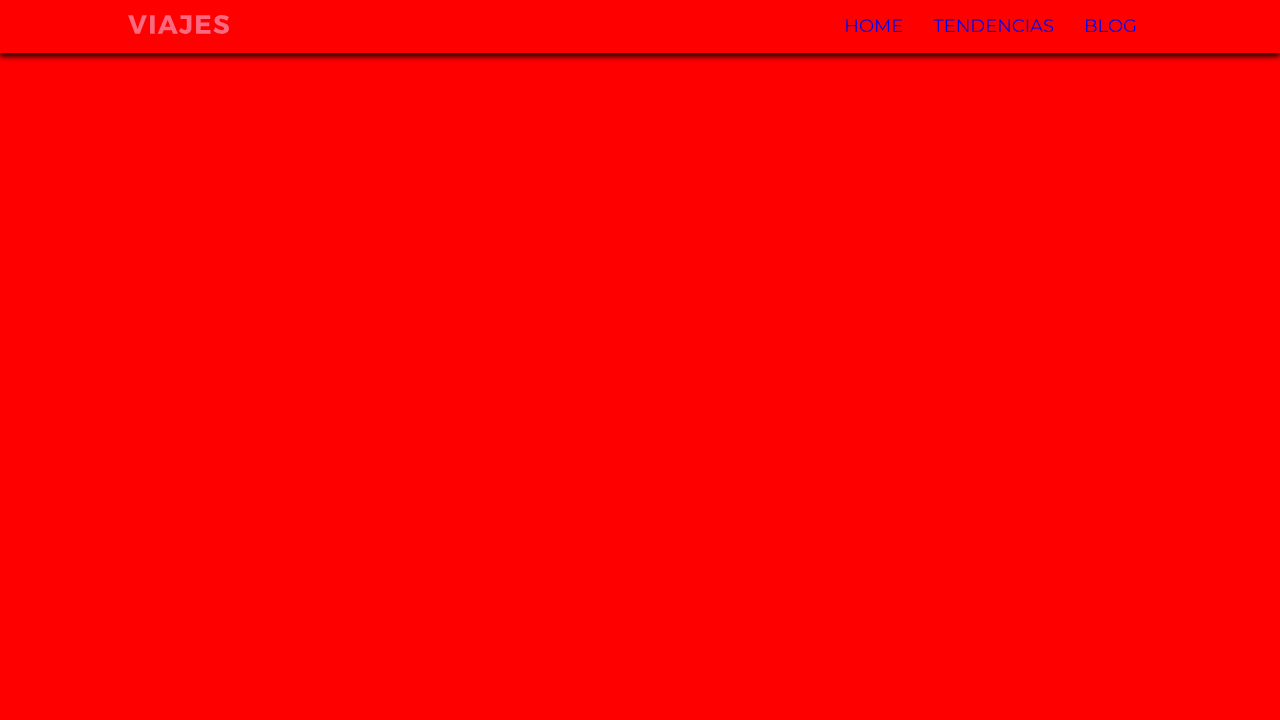
Repository: agustin-mesa/viajes
Page: /
An editor plug-in stored every save of this project. The page is shown before and after the next save, followed by the edit.
The browser window is 1280 px wide. The pictures show the whole page.
The project was rebuilt for these pictures with package versions that can differ from the ones it lists, and the page was loaded fresh each time. Also part of the build but not shown: src/components/styles/colors.module.scss.

Above is the page before, as saved 2021-11-11 18:36:29.

After the next save:
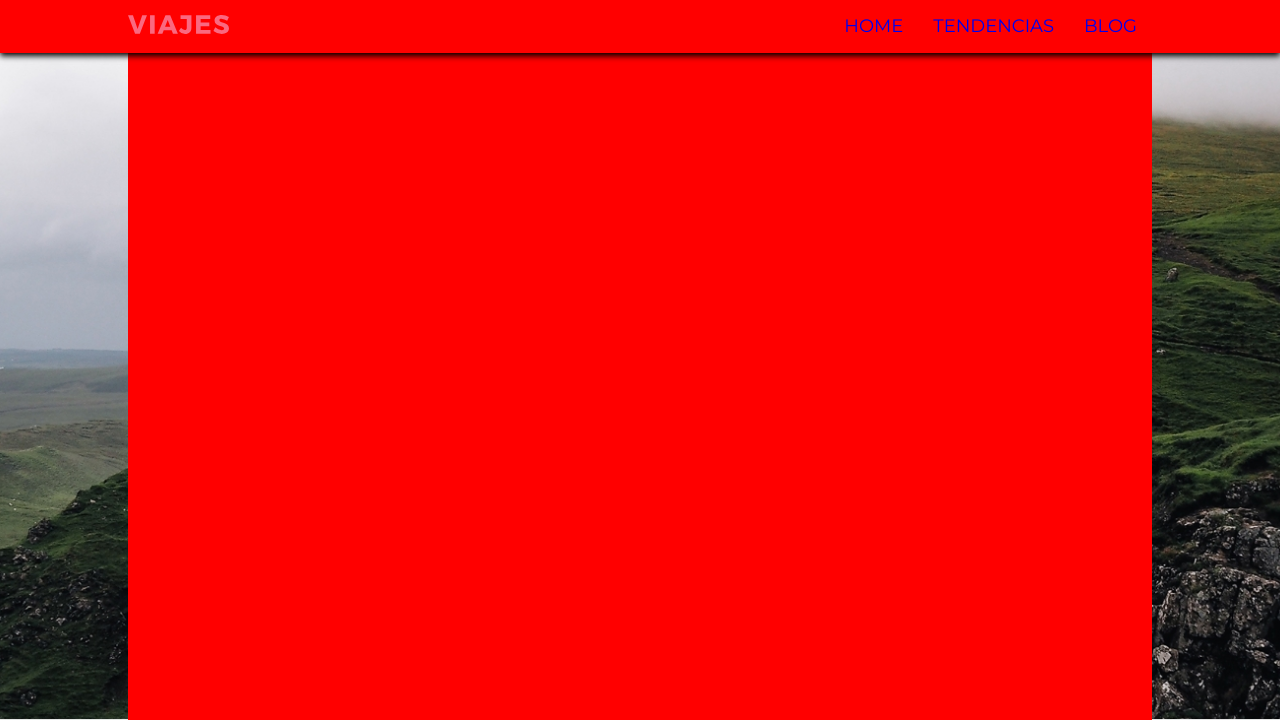
Saved 12 s later.
--- a/src/pages/Home.js
+++ b/src/pages/Home.js
@@ -27,8 +27,8 @@ const HeroWrapper = styled.div`
   position: absolute;
   top: 0;
   bottom: 0;
-  left: 0;
-  right: 0;
+  left: 10%;
+  right: 10%;
   background: red;
 `;
 
